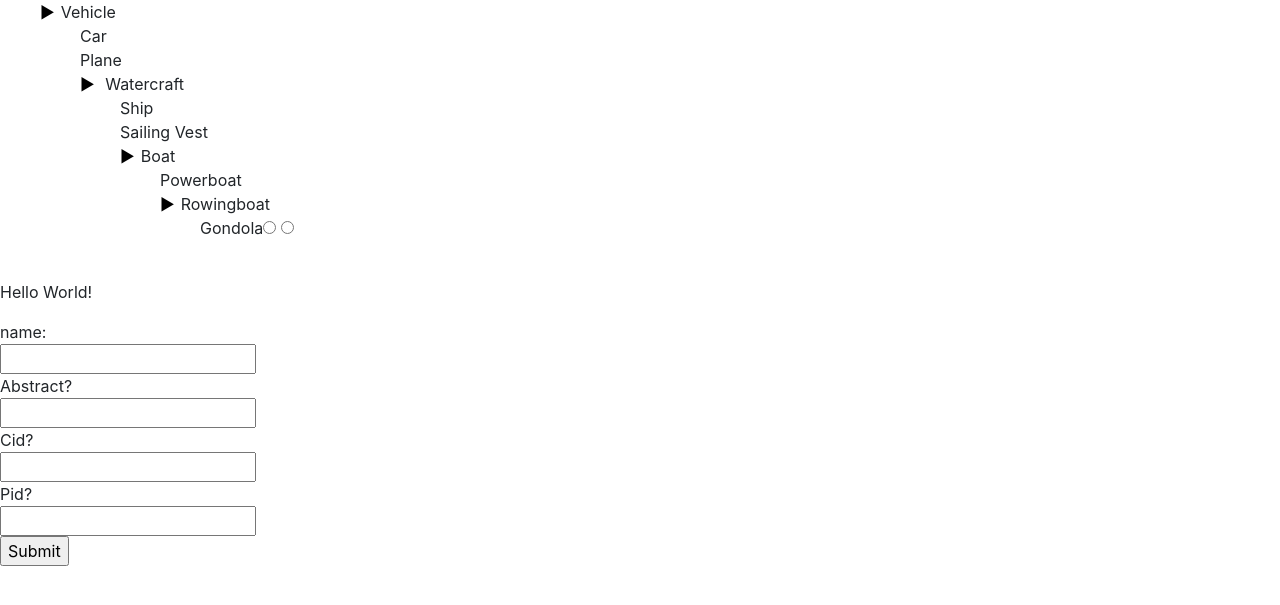
Repository: ked9268/Wonder
Page: http://localhost/cw3_mini_web_project_kjw42/WEB-INF/mainpage.jsp
The author's editor kept a copy of each file at every save. The page is drawn from the files as they stood at one save, then again after the next save.
The browser window is 1280 px wide. The pictures show the whole page.
Some web libraries are served in a nearby version. The page is served by Tomcat 9. Nobody is signed in. The template is opened directly, without the code that normally fills it, so the values that code supplies are empty.

Above is the page before, as saved 2020-01-07 22:27:58.

After the next save:
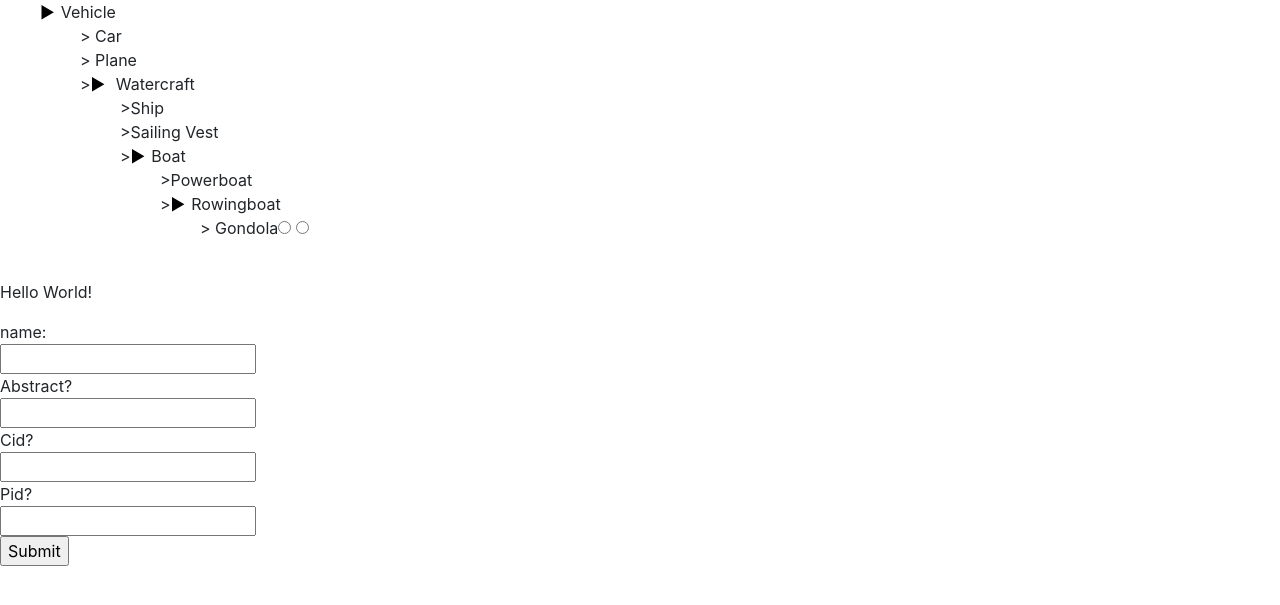
Saved 9 min 33 s later.
--- a/workspaceEE/cw3_mini_web_project_kjw42/WebContent/WEB-INF/mainpage.jsp
+++ b/workspaceEE/cw3_mini_web_project_kjw42/WebContent/WEB-INF/mainpage.jsp
@@ -36,20 +36,20 @@
 	<body>
 		<ul>
 			<li>
-			<a class="caret" onClick="load()">Vehicle</a>
+			<a class="caret" onClick="load()" data-pid="0" data-cid="1" data-abstract="1">Vehicle</a>
 				<ul class="east">
-					<li id="Car">  Car	</li>
-					<li id="Plane">Plane</li>
-					<li id="Watercraft"><span class="caret" onClick="test()"> Watercraft</span>
+					<li id="Car" data-pid="1" data-cid="2" data-abstract="0">>  Car	</li>
+					<li id="Plane" data-pid="1" data-cid="3" data-abstract="0">> Plane</li>
+					<li id="Watercraft" data-pid="1" data-cid="4" data-abstract="0">><span class="caret" onClick="test()"> Watercraft</span>
 						<ul class="nested">
-							<li id="Ship">Ship</li>
-							<li id="SailingVest">Sailing Vest</li>
-							<li id="Boat"><span class="caret" onClick="clear()">Boat</span>
+							<li id="Ship" data-pid="4" data-cid="5" data-abstract="0">>Ship</li>
+							<li id="SailingVest" data-pid="4" data-cid="6" data-abstract="0">>Sailing Vest</li>
+							<li id="Boat" data-pid="4" data-cid="7" data-abstract="0">><span class="caret" onClick="clear()">Boat</span>
 								<ul class="nested">
-									<li id="Powerboat">Powerboat</li>
-									<li id="Rowingboat"><span class="caret" onClick="load()">Rowingboat</span>
+									<li id="Powerboat" data-pid="6" data-cid="8" data-abstract="0">>Powerboat</li>
+									<li id="Rowingboat" data-pid="6" data-cid="9" data-abstract="0">><span class="caret" onClick="load()">Rowingboat</span>
 											<ul class="nested">
-												<li id="Gondola">Gondola<input type="radio" name="add">&nbsp<input type="radio" name="delete" > </li>
+												<li id="Gondola" data-pid="8" data-cid="10" data-abstract="0">> Gondola<input type="radio" name="add">&nbsp<input type="radio" name="delete" > </li>
 											</ul>
 				 						</li>
 									</ul>
